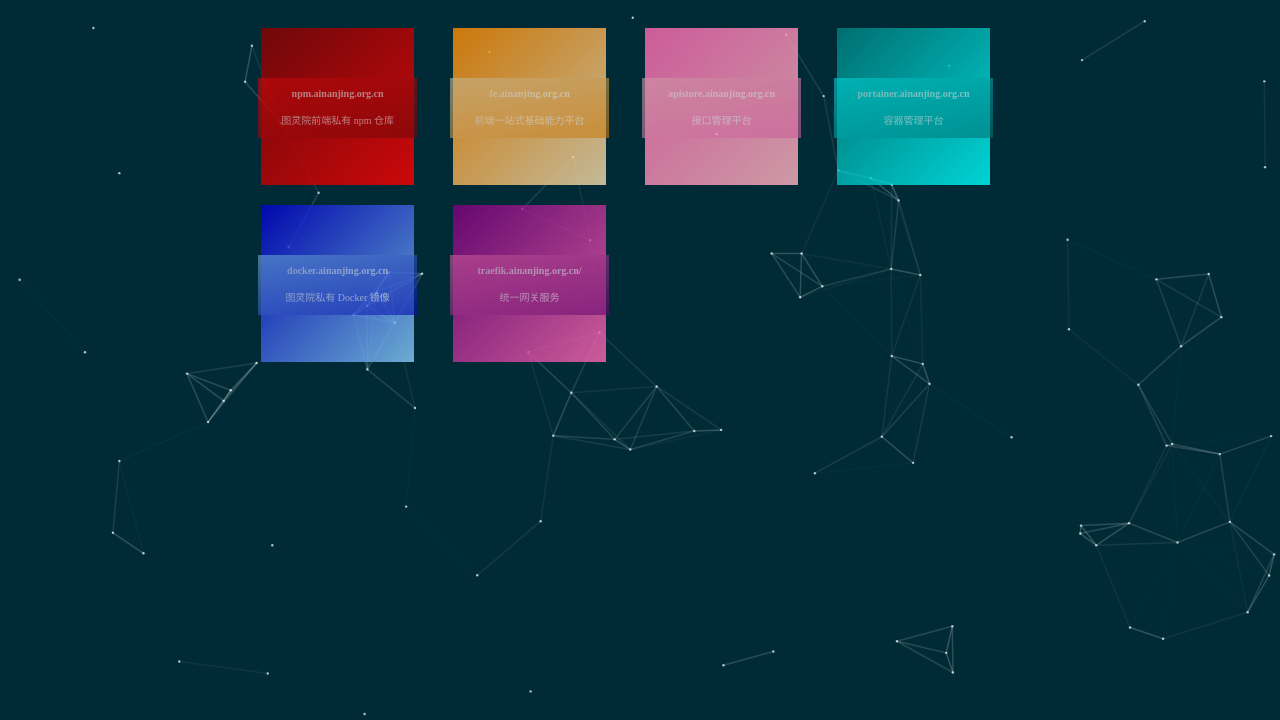
Repository: heweiwei1/portainer
Page: index.html
The author's editor kept a copy of each file at every save. The page is drawn from the files as they stood at one save, then again after the next save.
The browser window is 1280 px wide. The pictures show the whole page.

Above is the page before, as saved 2021-04-14 13:44:53.

After the next save:
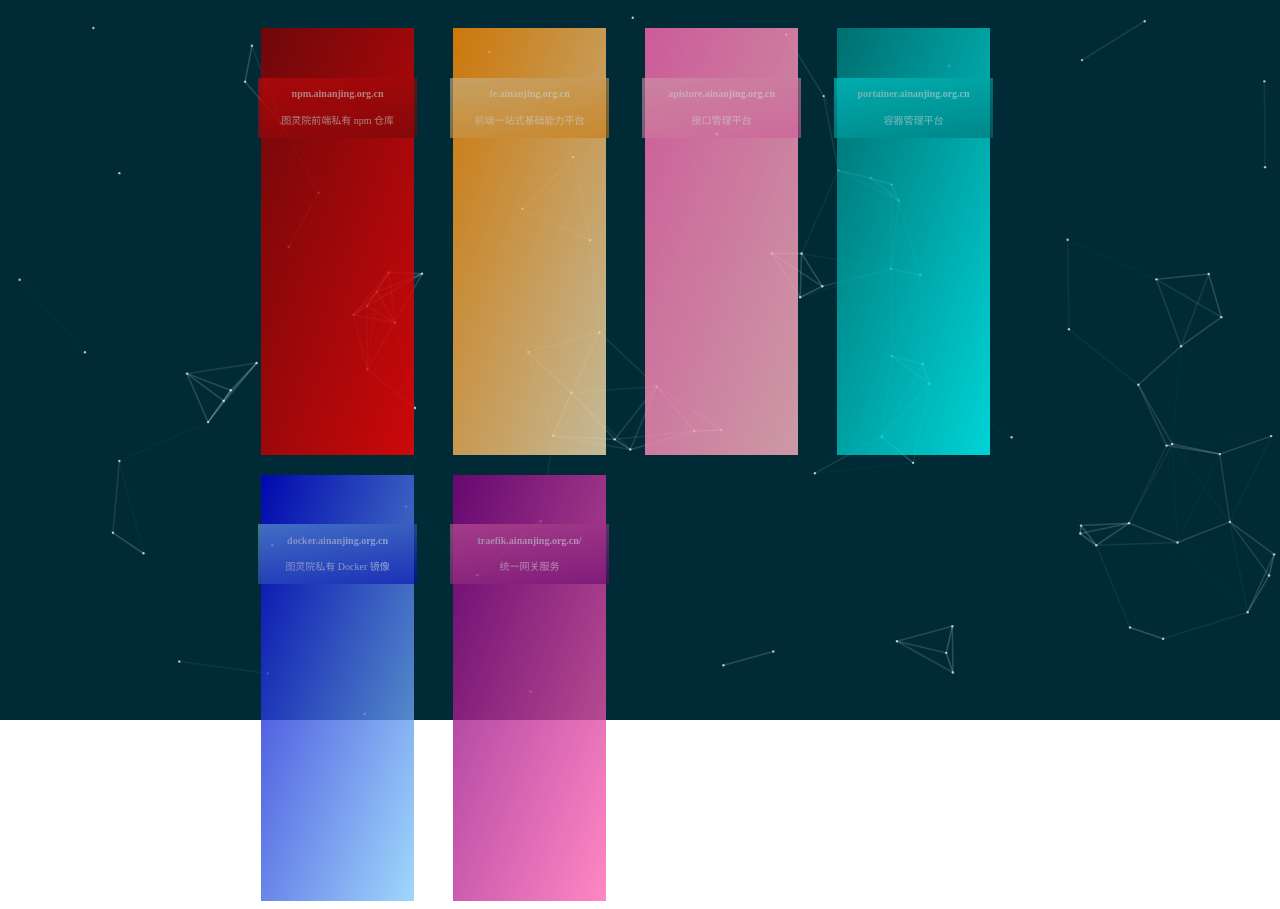
Saved 52 s later.
--- a/index.css
+++ b/index.css
@@ -17,7 +17,8 @@ a {
   align-items: center;
   /* width: calc((100% - 120px) / 4); */
   width: 12vw;
-  height: 157.05px;
+  height: 0;
+  padding-bottom: 56.25%;
   margin-top: 20px;
   font-size: 10px;
 }
